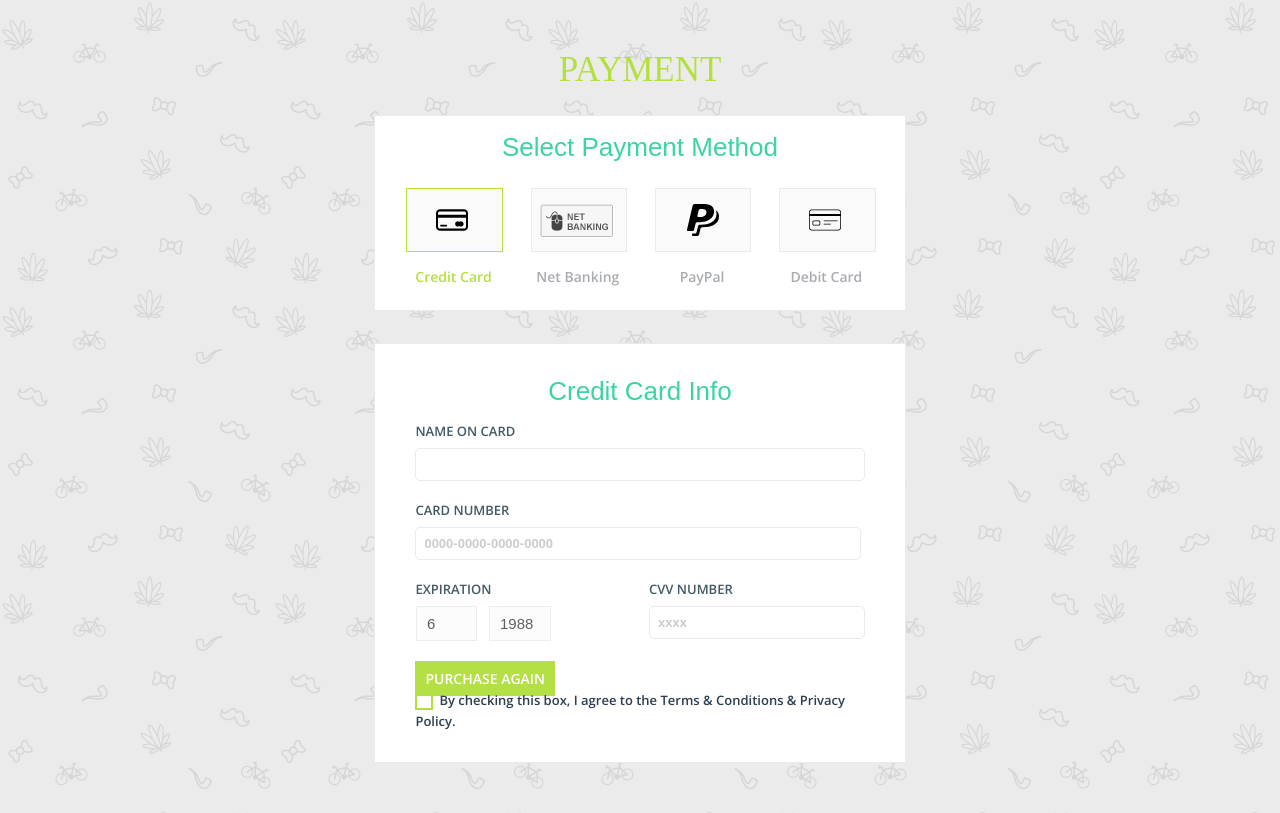
Repository: abinbabu/project-1-final
Page: http://localhost/shoppingcartfront/WEB-INF/views/lastpage.jsp
The author's editor kept a copy of each file at every save. The page is drawn from the files as they stood at one save, then again after the next save.
The browser window is 1280 px wide. The pictures show the whole page.
Some web fonts or font styles are not loaded; a fallback is used. The page is served by Tomcat 9. Nobody is signed in. The template is opened directly, without the code that normally fills it, so the values that code supplies are empty.

Above is the page before, as saved 2016-08-21 09:48:11.

After the next save:
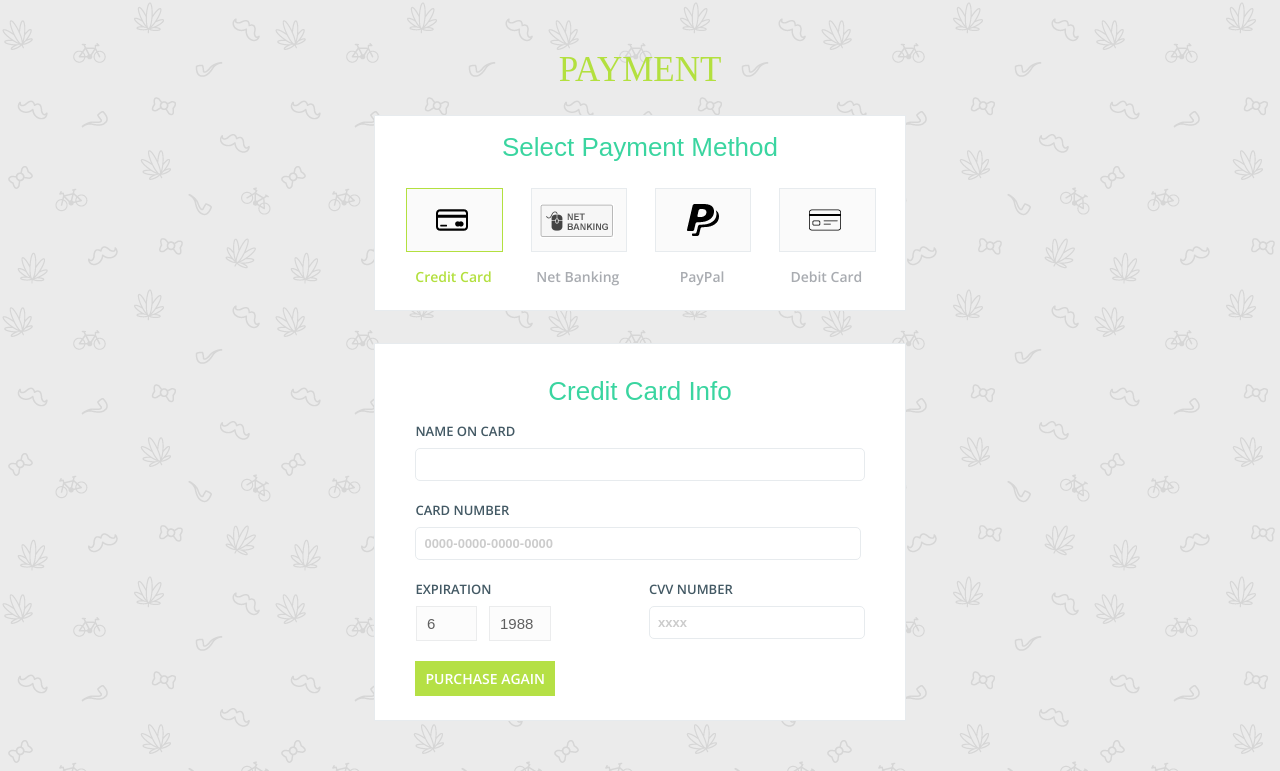
Saved 39 s later.
--- a/final complete/shoppingcartfront/src/main/webapp/WEB-INF/views/lastpage.jsp
+++ b/final complete/shoppingcartfront/src/main/webapp/WEB-INF/views/lastpage.jsp
@@ -78,14 +78,7 @@
 												<a href="#">purchase again</a>
 
 											</form>
-											<div class="single-bottom">
-													<ul>
-														<li>
-															<input type="checkbox"  id="brand" value="">
-															<label for="brand"><span></span>By checking this box, I agree to the Terms & Conditions & Privacy Policy.</label>
-														</li>
-													</ul>
-											</div>
+
 										</div>
 									</div>
 									<div class="tab-1 resp-tab-content" aria-labelledby="tab_item-1">
